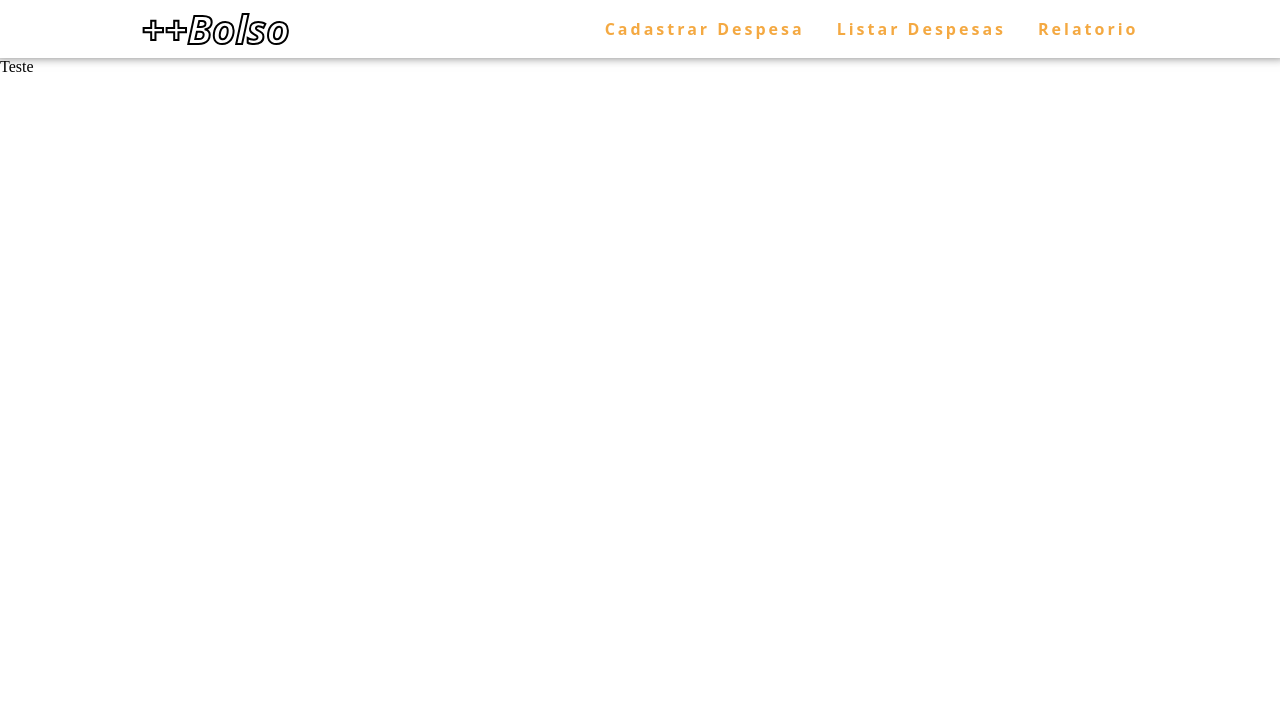
Repository: alexsanderkafka/java-servlets
Page: http://localhost/SaveMoney/listarDespesas.jsp
These files come from the project's save history. The page is drawn as it stood at one moment and after the next save; the edit follows.
The browser window is 1280 px wide. The pictures show the whole page.
The page is served by Tomcat 9. Nobody is signed in. The application's start-up code is not run.

Above is the page before, as saved 2024-10-07 17:35:01.

After the next save:
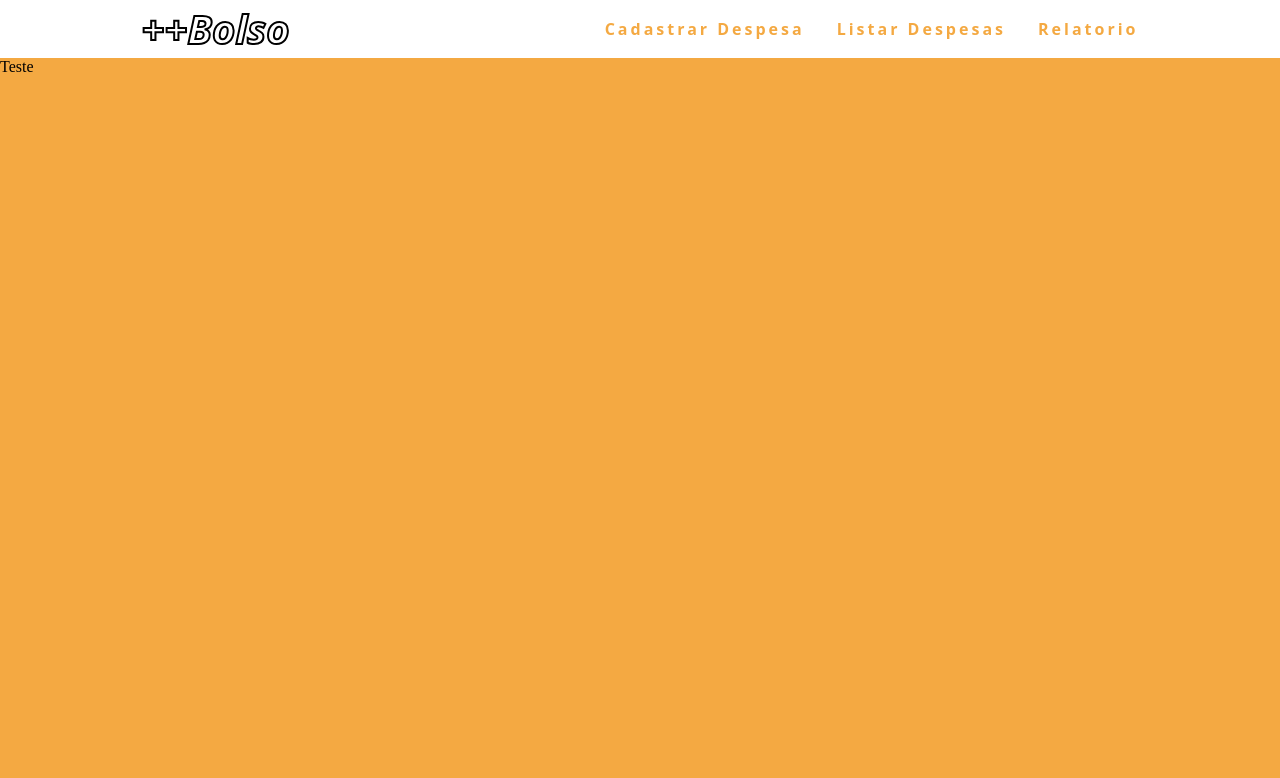
Saved 22 s later.
--- a/SaveMoney/src/main/webapp/listarDespesas.jsp
+++ b/SaveMoney/src/main/webapp/listarDespesas.jsp
@@ -21,7 +21,7 @@
         </nav>
     </header>
 
-    <div>
+    <div class="container-list">
     	<h1>Teste</h1>
     </div>
 
